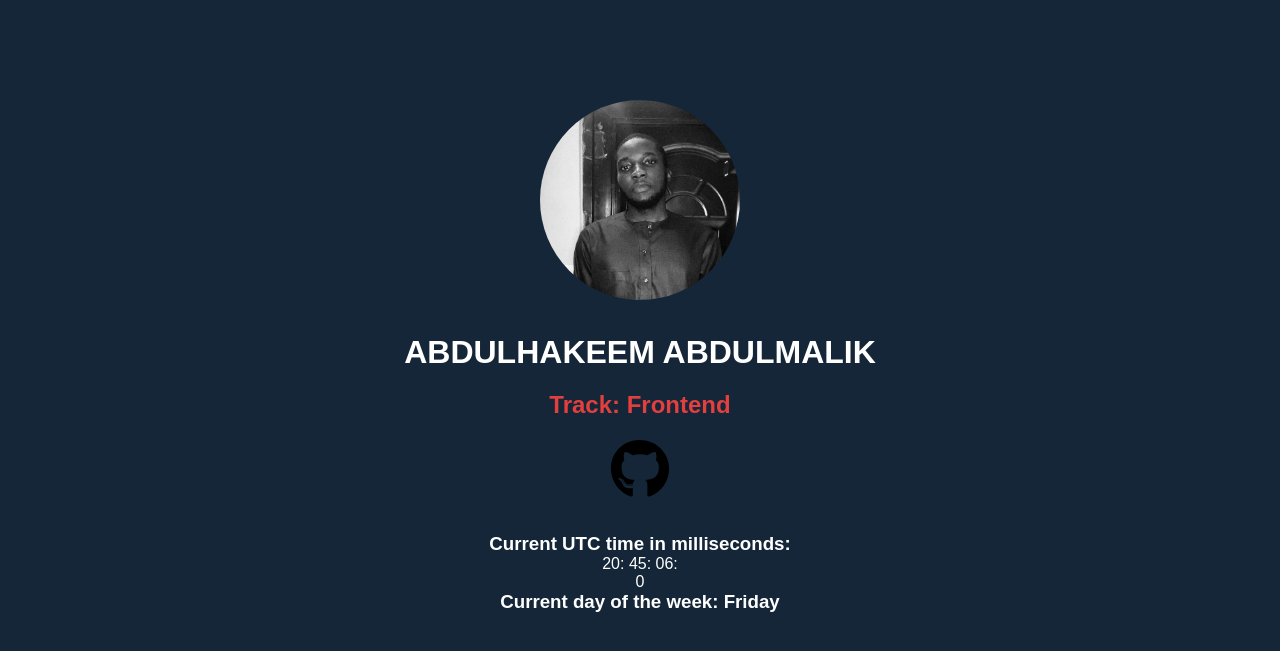
Repository: malikhakeem/HNG-TASK
Page: index.html
The author's editor kept a copy of each file at every save. The page is drawn from the files as they stood at one save, then again after the next save.
The browser window is 1280 px wide. The pictures show the whole page.

Above is the page before, as saved 2023-09-10 12:42:30.

After the next save:
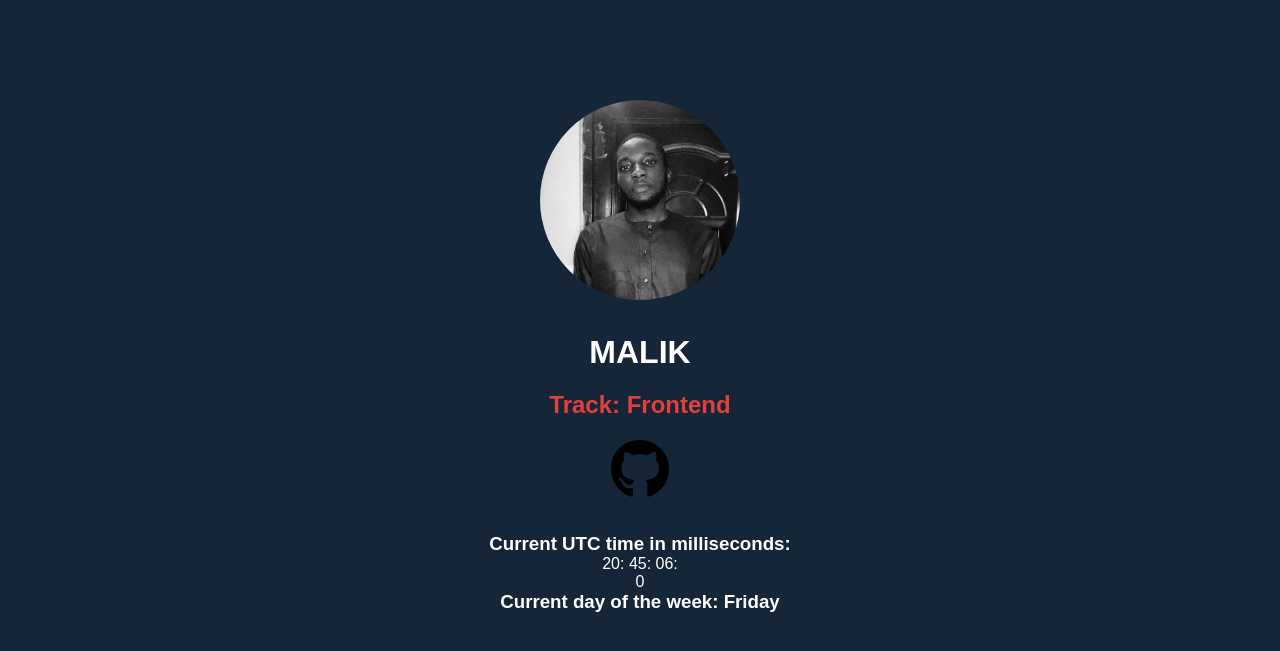
Saved 16 min 59 s later.
--- a/index.html
+++ b/index.html
@@ -22,7 +22,7 @@
         </div>
         <div class="profie-details">
           <div class="slack-name">
-            <h1>ABDULHAKEEM ABDULMALIK</h1>
+            <h1>MALIK</h1>
           </div>
           <div class="track">
             <h2 data-testId="myTrack">Track: Frontend</h2>
